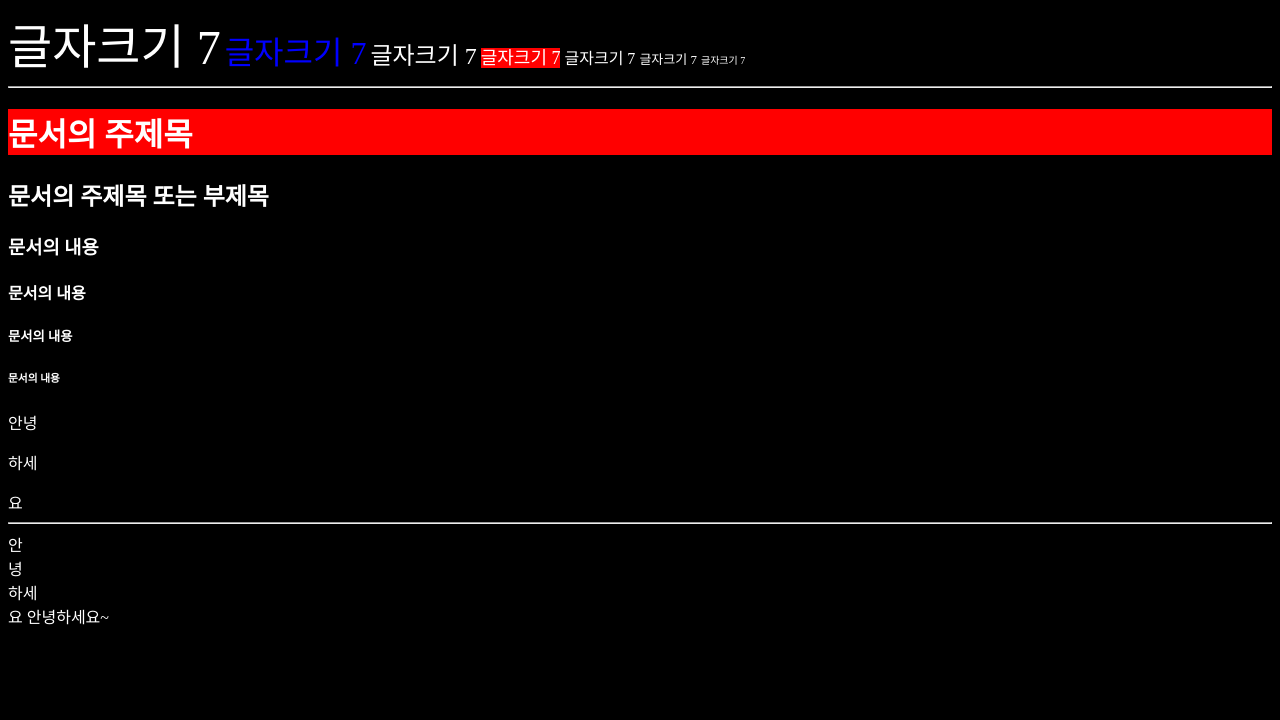
Repository: sjh86/html-day01
Page: html/day01.html
The author's editor kept a copy of each file at every save. The page is drawn from the files as they stood at one save, then again after the next save.
The browser window is 1280 px wide. The pictures show the whole page.

Above is the page before, as saved 2021-10-04 05:10:00.

### html/day01.html
<!DOCTYPE html>
<html>
<head>
<meta charset="EUC-KR">
<title>Insert title here</title>
</head>
<body text="white" bgcolor="black">

<font size = "7">글자크기 7</font>
<font size = "6" face="궁서체" color = "blue">글자크기 7</font>
<font size = "5">글자크기 7</font>
<font size = "4" style="background-color: red;">글자크기 7</font>
<font size = "3">글자크기 7</font>
<font size = "2">글자크기 7</font>
<font size = "1">글자크기 7</font>

<hr>

<h1 style="background-color: red;">문서의 주제목</h1>
<h2>문서의 주제목 또는 부제목</h2>
<h3>문서의 내용</h3>
<h4>문서의 내용</h4>
<h5>문서의 내용</h5>
<h6>문서의 내용</h6>
안녕
<p>하세</p>
요
<hr>
안<br>녕<br>
하세<br>
요
<!--

주석
 -->
	안녕하세요~
</body>
</html>

After the next save:
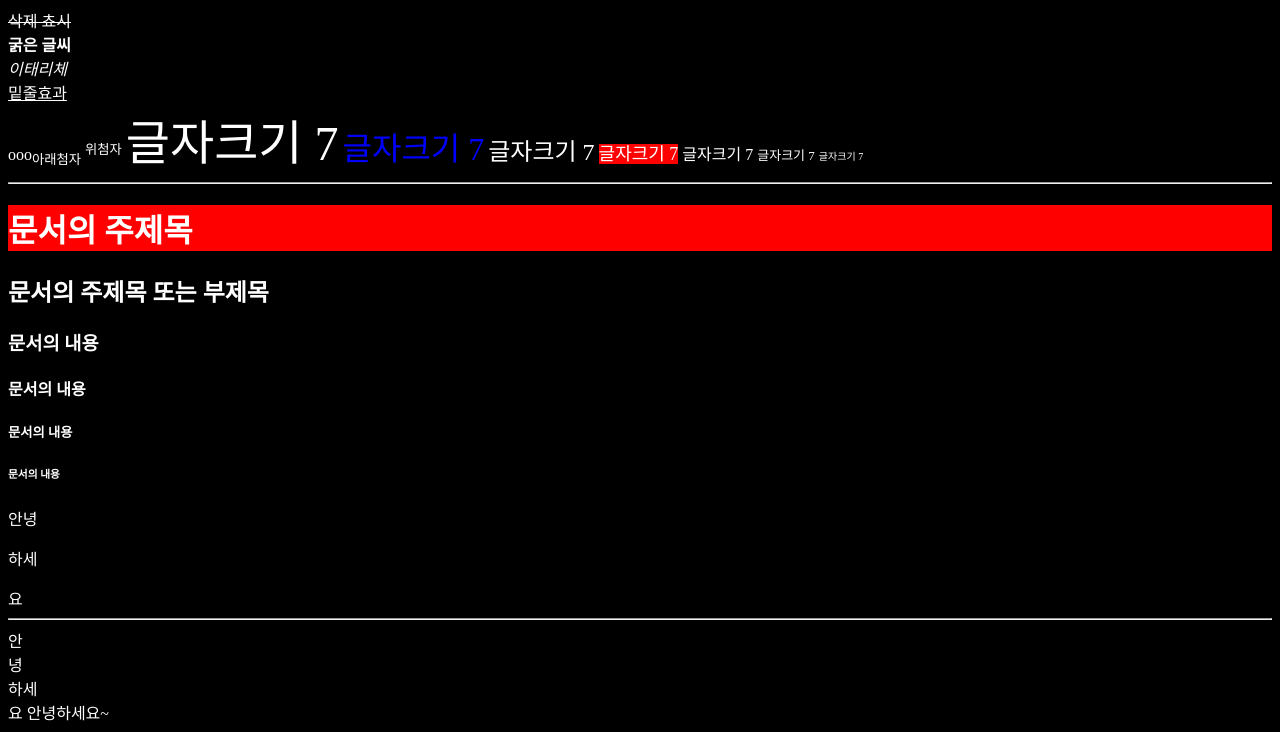
Saved 2 min 15 s later.
--- a/html/day01.html
+++ b/html/day01.html
@@ -5,6 +5,13 @@
 <title>Insert title here</title>
 </head>
 <body text="white" bgcolor="black">
+
+<strike>삭제 쵸시</strike> <br>
+<b>굵은 글씨</b> <br>
+<i>이태리체</i> <br>
+<u>밑줄효과</u> <br>
+ooo<sub>아래첨자</sub> <sup>위첨자</sup>
+
 
 <font size = "7">글자크기 7</font>
 <font size = "6" face="궁서체" color = "blue">글자크기 7</font>
